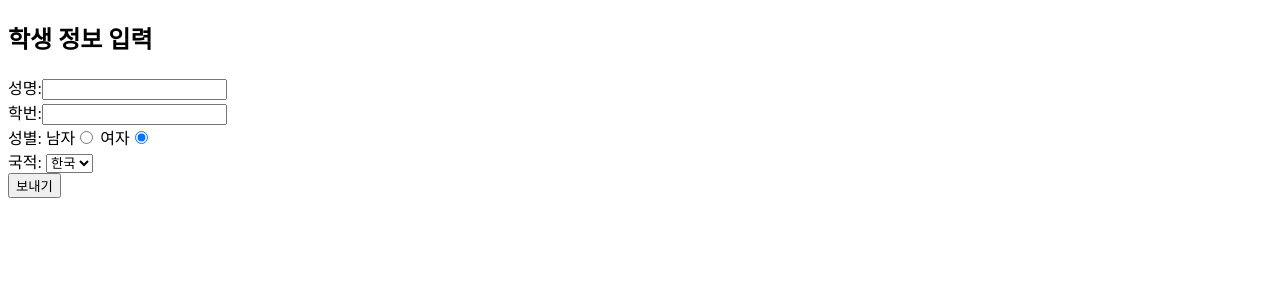
Repository: jemin7709/InternetProgramming2
Page: Pj/WebContent/request.html
An editor plug-in stored every save of this project. The page is shown before and after the next save, followed by the edit.
The browser window is 1280 px wide. The pictures show the whole page.

Above is the page before, as saved 2021-05-07 01:10:54.

After the next save:
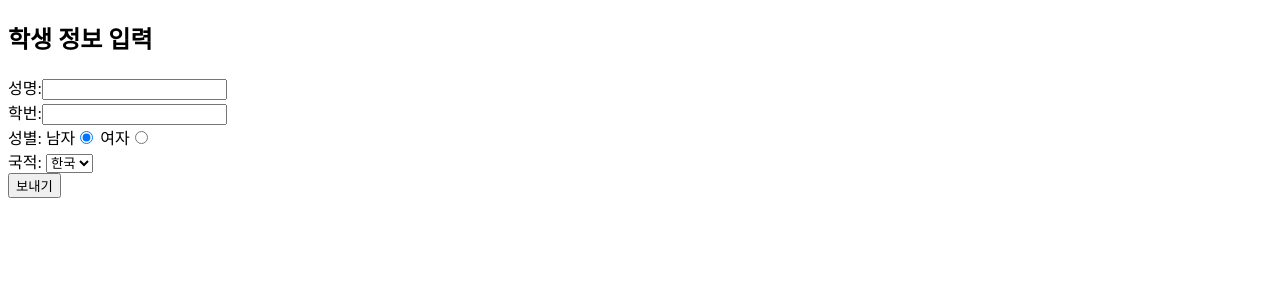
Saved 45 s later.
--- a/Pj/WebContent/request.html
+++ b/Pj/WebContent/request.html
@@ -10,7 +10,7 @@
 		성명:<input type="text" name="name"><br> 학번:<input
 			type="text" name="studentNum"><br> 성별: 남자<input
 			type="radio" name="sex" value="man" checked> 여자<input
-			type="radio" name="sex" value="woman" checked><br> 국적: <select
+			type="radio" name="sex" value="woman"><br> 국적: <select
 			name="country">
 			<option selected value="한국">한국</option>
 			<option value="일본">일본</option>
